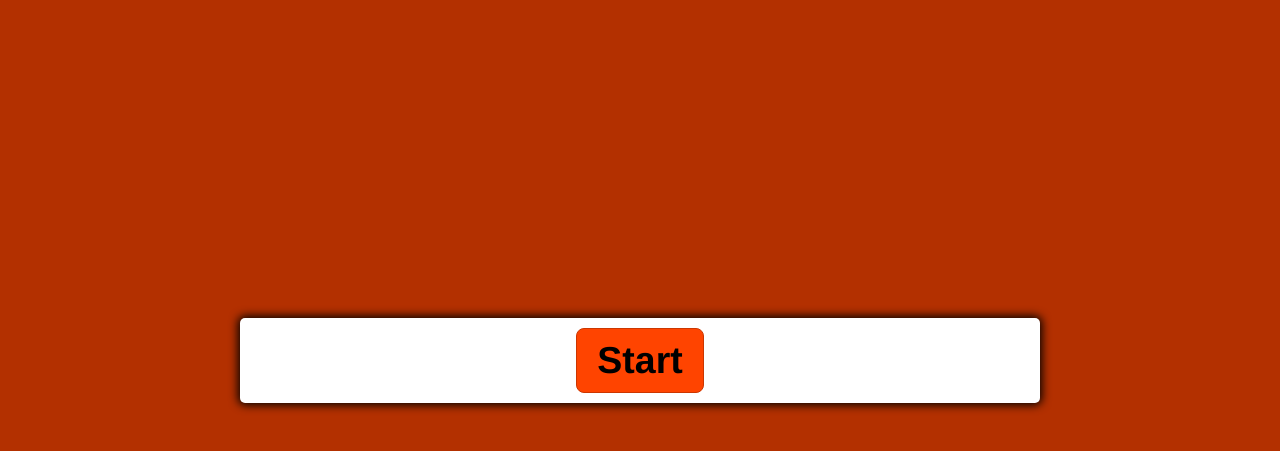
Repository: Vshepard879/Code-Quiz
Page: index.html
An editor plug-in stored every save of this project. The page is shown before and after the next save, followed by the edit.
The browser window is 1280 px wide. The pictures show the whole page.

Above is the page before, as saved 2022-03-18 05:08:59.

After the next save:
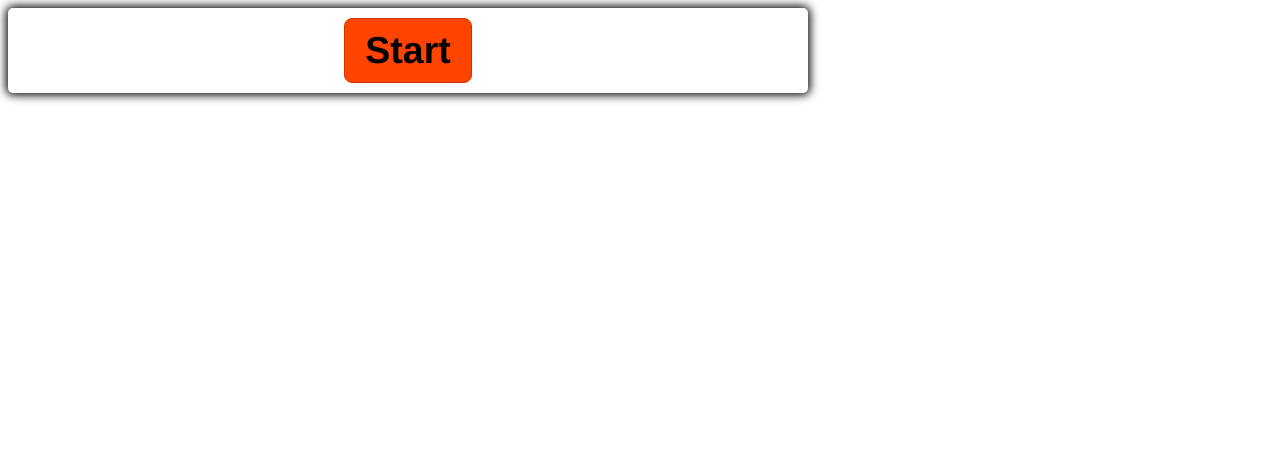
Saved 78 s later.
--- a/assets/css/style.css
+++ b/assets/css/style.css
@@ -9,12 +9,8 @@
     --hue-wrong: 0;
     --hue-correct: 145;
 }
-body.h2 {
-    text-align: start;
-}
 
-
-body {
+body.div {
     --hue: var(--hue-neutral);
     padding: 0;
     margin: 0;

After the save that followed:
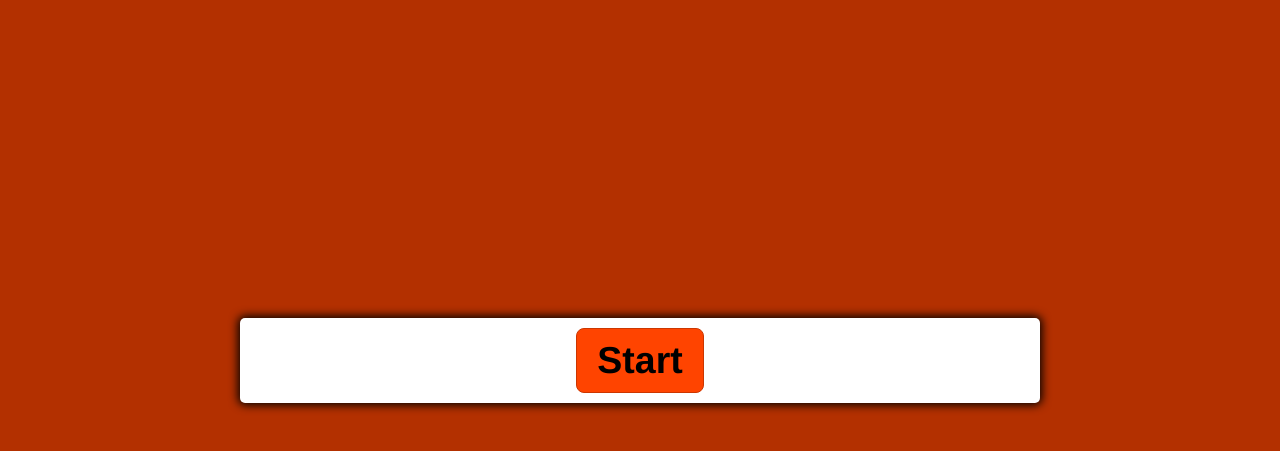
Saved 9 s later.
--- a/assets/css/style.css
+++ b/assets/css/style.css
@@ -10,7 +10,7 @@
     --hue-correct: 145;
 }
 
-body.div {
+body {
     --hue: var(--hue-neutral);
     padding: 0;
     margin: 0;
